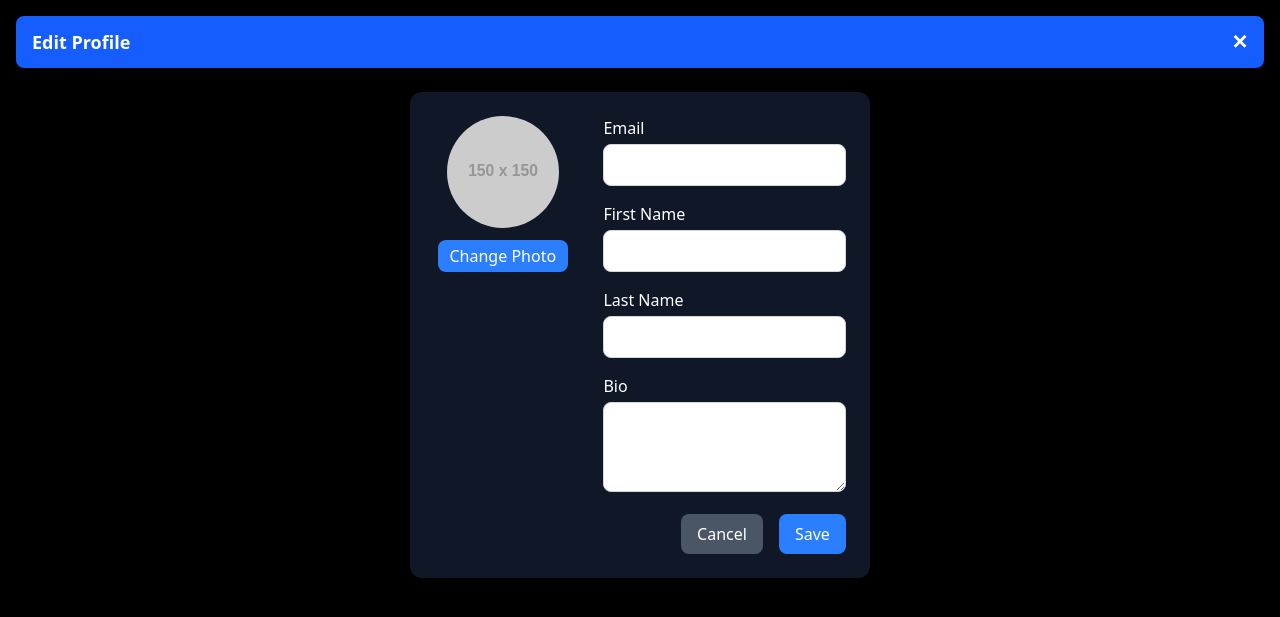
Repository: Tushal27/LinkdPlus-Frontend
Page: /Edit-Profile
An editor plug-in stored every save of this project. The page is shown before and after the next save, followed by the edit.
The browser window is 1280 px wide. The pictures show the whole page.
The page's requests for data from a server got no answer. The project was rebuilt for these pictures with package versions that can differ from the ones it lists, and the page was loaded fresh each time. No one was signed in, and anything a server would have sent is missing. Also part of the build but not shown: vite.config.js, src/pages/Login.jsx, src/pages/Register.jsx, src/pages/HomePage.jsx, src/pages/Profile.jsx, src/components/CommentsDrawer.jsx, src/pages/Posts.jsx. Imported but missing from the stored project, and not drawn on this page: src/components/PostCard, src/pages/Layout.

Above is the page before, as saved 2025-08-04 01:35:40.

After the next save:
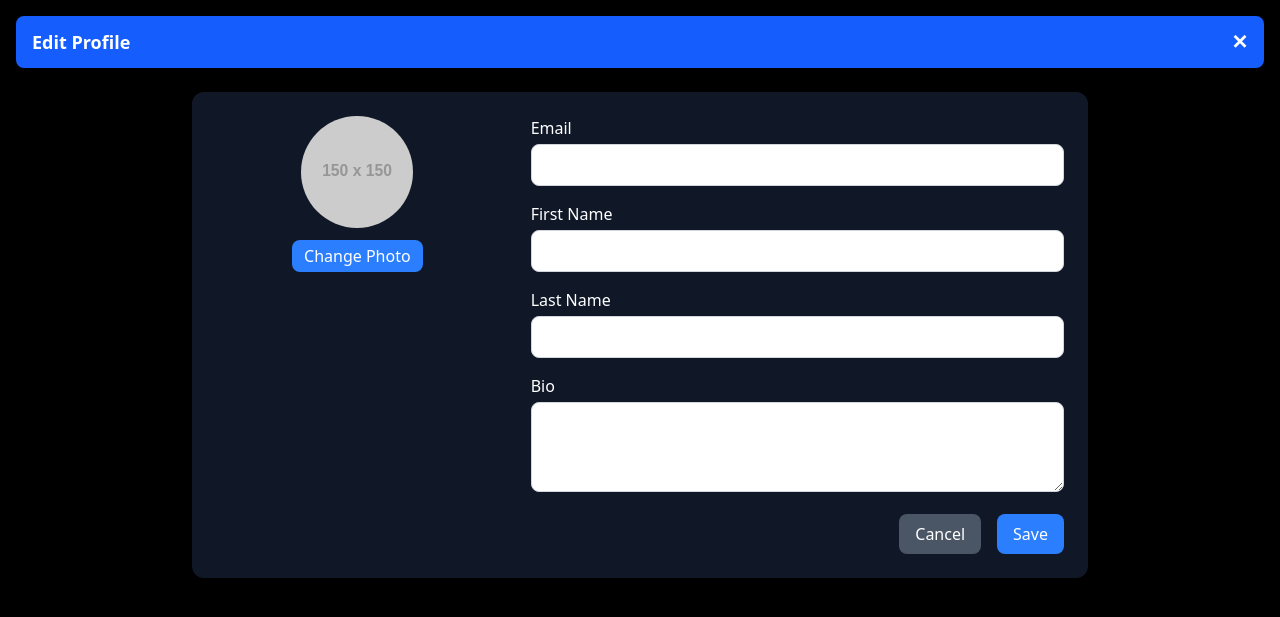
Saved 16 s later.
--- a/src/pages/EditProfile.jsx
+++ b/src/pages/EditProfile.jsx
@@ -77,7 +77,6 @@ const EditProfile = () => {
           ✕
         </button>
       </div>
-      <div className="box lg:flex lg:justify-center lg:items-center">
       <div className="max-w-4xl mx-auto bg-gray-900 p-6 rounded-xl shadow-lg flex flex-col md:flex-row gap-8">
         {/* Avatar Section */}
         <div className="flex flex-col items-center md:w-1/3">
@@ -162,7 +161,6 @@ const EditProfile = () => {
         </div>
       </div>
       </div>
-    </div>
   );
 };
 
